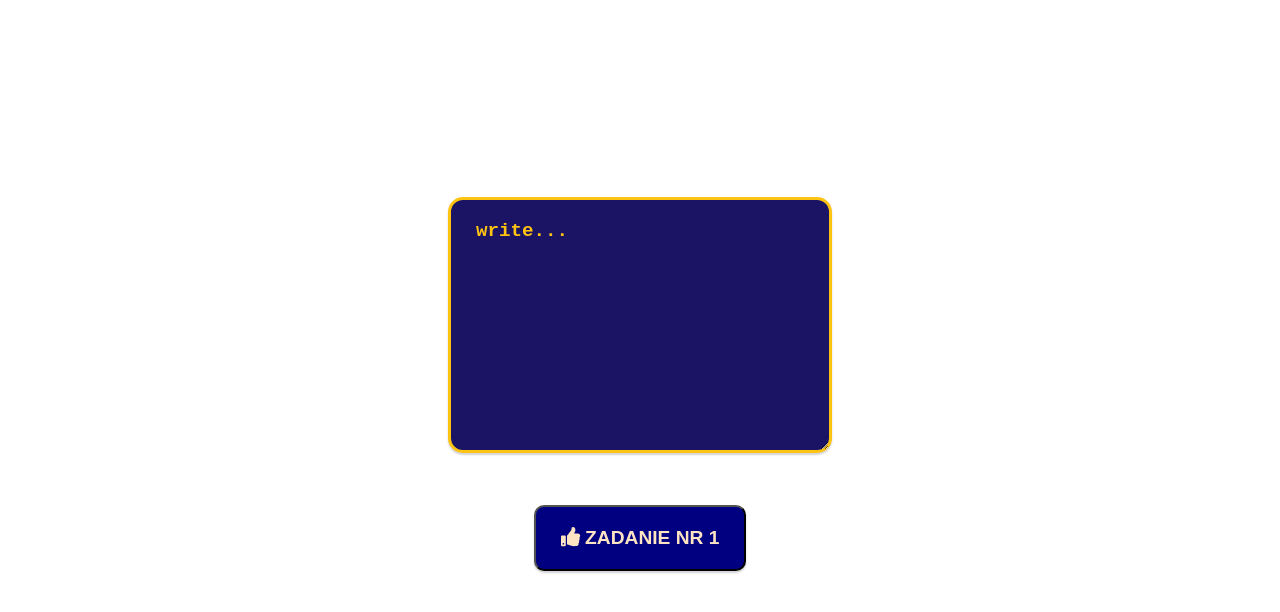
Repository: KrzysKolo/sr_tydzien3_zad_1_2_3
Page: /
The author's editor kept a copy of each file at every save. The page is drawn from the files as they stood at one save, then again after the next save.
The browser window is 1280 px wide. The pictures show the whole page.
The project was rebuilt for these pictures with package versions that can differ from the ones it lists, and the page was loaded fresh each time.

Above is the page before, as saved 2020-11-02 16:50:06.

### src/App.js
import React,  { Component } from 'react';
import Button from './components/Form/Button';
import Textarea from './components/Form/Textarea';
import { faThumbsUp } from "@fortawesome/free-solid-svg-icons";
import './App.css';

class App extends Component {
  state = {  }

  render() {

    return (
      <div className="app">
        <Textarea  />
        <Button  bgColor="navy" color="bisque" label="Zadanie nr 1" icon={faThumbsUp}/>
      </div>
     );
  }
}

export default App;

### src/components/Form/Button.js
import React from 'react';
import styled from 'styled-components';
import { FontAwesomeIcon } from '@fortawesome/react-fontawesome';
import { faAngellist } from '@fortawesome/free-brands-svg-icons';

const Button = ({label, color, bgColor, icon}) => {
    const Button = styled.button`
    background-color: ${[bgColor]};
    border-radius: 10px;
    box-shadow: 0px 2px 2px lightgray;
    color: ${[color]};
    cursor: pointer;
    font-weight: bold;
    font-size: 1.2rem;
    outline: 0;
    padding: 20px 25px;
    text-transform: uppercase;
    transition: ease background-color, color 0.6s;
    &:hover {
        background-color: ${[color]};
        color: ${[bgColor]};
    }
    `;
    return (

        <div>
            <Button >
                <FontAwesomeIcon icon={icon} /> {label}
            </Button>
        </div>
     );
}
Button.defaultProps = {
    bgColor: "#1B1464",
    color: "#FFC312",
    label: "Click me",
    icon: faAngellist,
}

export default Button;

### src/components/Form/Textarea.js
import React from 'react';
import styled from 'styled-components';


const Textarea = ({value, color, bgColor, borderSize, borderRadius, borderColor}) => {
    const Textarea = styled.textarea`
    background-color: ${bgColor};
    border-radius: ${borderRadius};
    border: ${borderSize} solid ${borderColor};;
    box-shadow: 0px 2px 2px lightgray;
    color: ${color};
    font-weight: bold;
    font-size: 1.2rem;
    height: 20vw;
    margin: 3rem auto;
    outline: 0;
    padding: 20px 25px;
    width: 30vw;
    `;
    return (

        <div>
            <Textarea value={ value }/>
        </div>
     );
}
Textarea.defaultProps = {
    bgColor: "#1B1464",
    border: "3px red solid",
    borderRadius: "15px",
    color: "#FFC312",
    value: "write...",
    }

export default Textarea;

### src/App.css
* {
  padding: 0;
  margin: 0;
  box-sizing: border-box;
}
.app {
  display: flex;
  flex-direction: column;
  justify-content: center;
  align-items: center;
  height: 100vh;
}

Loaded but not shown: public/index.html (common file); src/index.js (common file); src/index.css (common file)

After the next save:
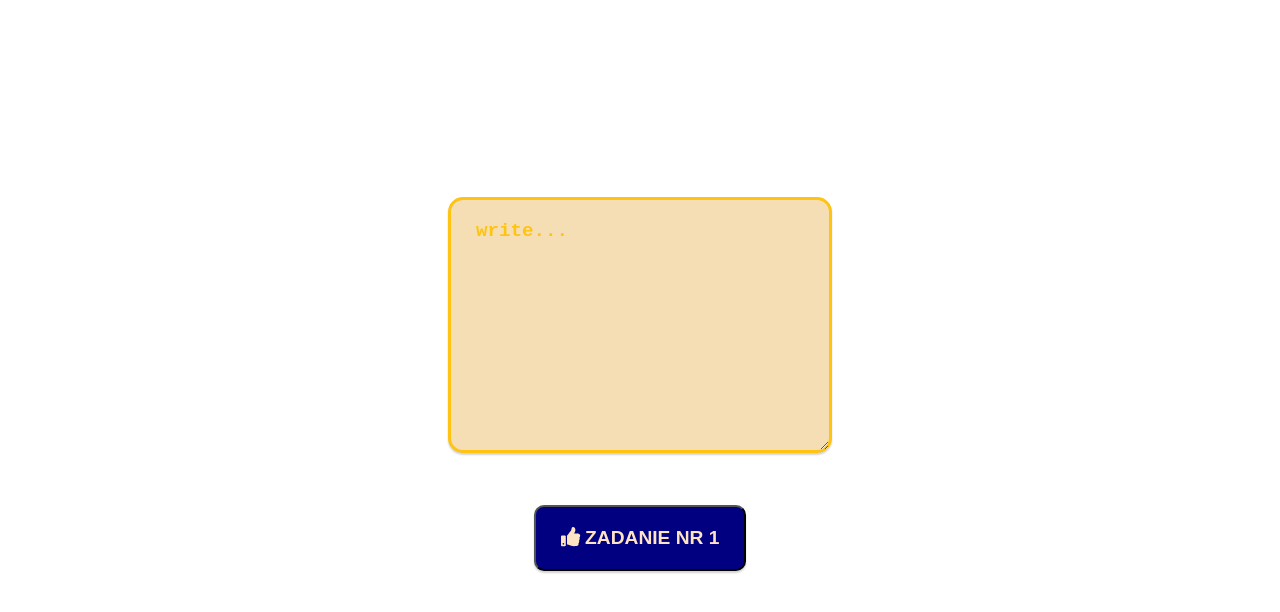
Saved 77 s later.
--- a/src/components/Form/Textarea.js
+++ b/src/components/Form/Textarea.js
@@ -25,7 +25,7 @@ const Textarea = ({value, color, bgColor, borderSize, borderRadius, borderColor}
      );
 }
 Textarea.defaultProps = {
-    bgColor: "#1B1464",
+    bgColor: "wheat",
     border: "3px red solid",
     borderRadius: "15px",
     color: "#FFC312",
